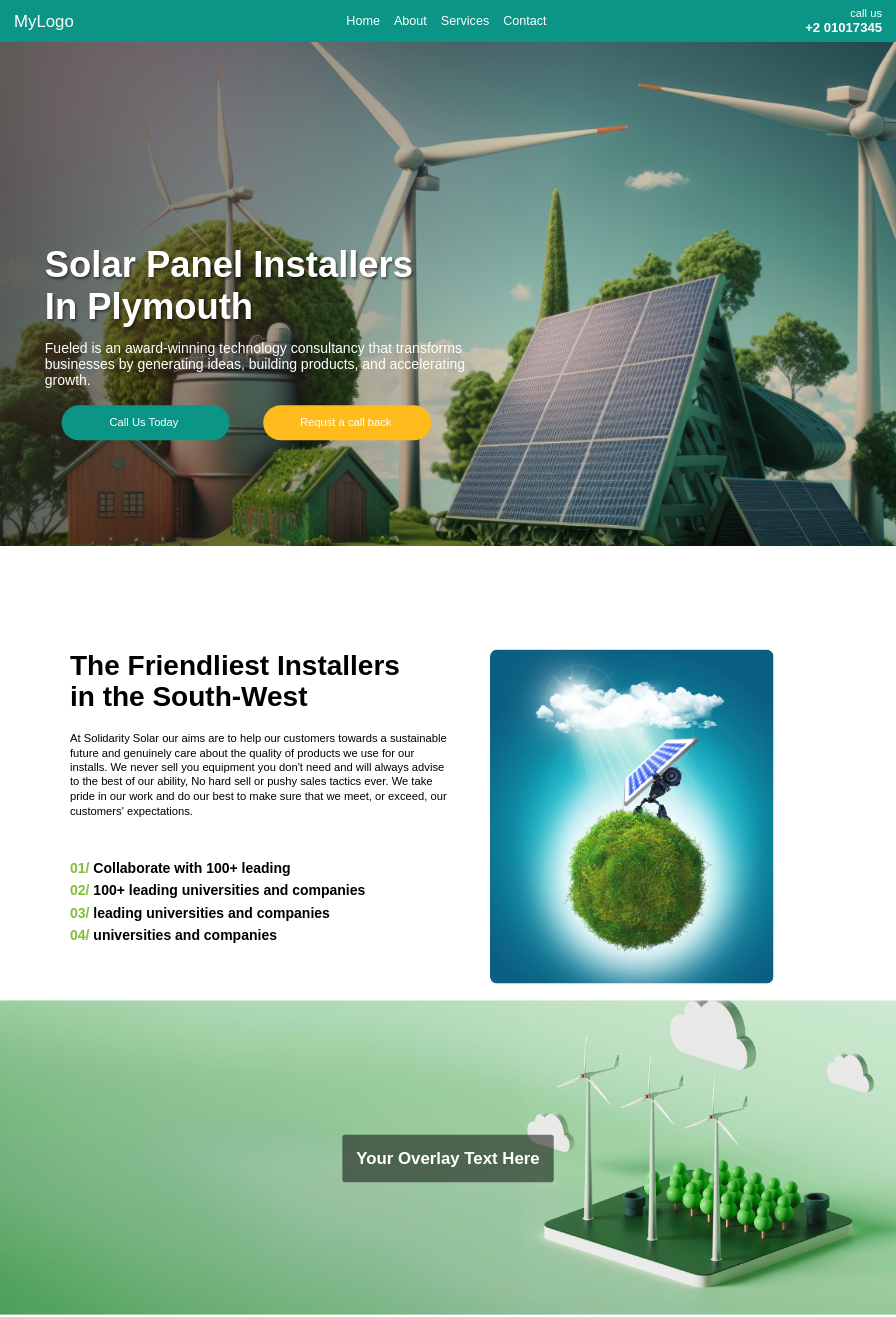
Repository: MaramNabil872/Landing-Page
Page: landingPage.html
An editor plug-in stored every save of this project. The page is shown before and after the next save, followed by the edit.
The browser window is 1280 px wide. The pictures show the whole page, at 70% of full size.

Above is the page before, as saved 2024-10-20 21:30:42.

### landingPage.html
<!DOCTYPE html>
<html lang="en">
    <head>
        <meta charset="UTF-8" />
        <meta name="viewport" content="width=device-width, initial-scale=1.0" />
        <title>Landing Page</title>
        <link rel="stylesheet" href="landingPage.css" />
    </head>
    <body>
        <nav class="navbar">
            <div class="logo">MyLogo</div>

            <ul class="nav-links">
                <li><a href="#home">Home</a></li>
                <li><a href="#about">About</a></li>
                <li><a href="#services">Services</a></li>
                <li><a href="#contact">Contact</a></li>
            </ul>
            <div class="call">
                <p>call us</p>
                <h3>+2 01017345</h3>
            </div>
        </nav>

        <div class="image-container">
            <img
                src="images/solar-panels-meadow 1.png"
                alt="Background Image"
                class="background-image"
            />
            <div class="main-text">
                <h2 class="text-wallpaper">
                    Solar Panel Installers <br />
                    In Plymouth
                </h2>
                <br />
                <p class="text-paragraph">
                    Fueled is an award-winning technology consultancy that
                    transforms <br />
                    businesses by generating ideas, building products, and
                    accelerating<br />
                    growth.
                </p>
                <div class="button-container">
                    <button class="button-wallpaper1">Call Us Today</button>
                    <button class="button-wallpaper2">
                        Requst a call back
                    </button>
                </div>
            </div>
        </div>

        <!-- first container -->

        <div class="container1">
            <div class="text-container1">
                <p class="title-container1">
                    The Friendliest Installers <br />in the South-West
                </p>
                <p class="paragraph-container1">
                    At Solidarity Solar our aims are to help our customers
                    towards a sustainable future and genuinely care about the
                    quality of products we use for our installs. We never sell
                    you equipment you don't need and will always advise to the
                    best of our ability, No hard sell or pushy sales tactics
                    ever. We take pride in our work and do our best to make sure
                    that we meet, or exceed, our customers' expectations.
                </p>
                <div class="last-container1">
                    <p>
                        <span class="number-container1">01/ </span>Collaborate
                        with 100+ leading
                    </p>
                    <p>
                        <span class="number-container1">02/ </span> 100+ leading
                        universities and companies
                    </p>
                    <p>
                        <span class="number-container1">03/ </span> leading
                        universities and companies
                    </p>
                    <p>
                        <span class="number-container1">04/ </span> universities
                        and companies
                    </p>
                </div>
            </div>
            <div class="image-container1">
                <img src="images/Rectangle 30.png" alt="solar" />
            </div>
        </div>

        <!-- second section -->

        <div class="full-width-image">
            <img src="images/middle.png" alt="Full Width Image">
            <div class="overlay-text">
                <h2>Your Overlay Text Here</h2>
            </div>
        </div>
    </body>
</html>

### landingPage.css
* {
    margin: 0;
    padding: 0;
    box-sizing: border-box; /* Added for consistent sizing */
}

body {
    font-family: Arial, sans-serif;
}

.navbar {
    background-color: #0b9586;
    display: flex;
    justify-content: space-between;
    align-items: center;
    padding: 10px 20px;
    position: relative;
    flex-wrap: wrap; /* Allow items to wrap on smaller screens */
}

.logo {
    color: #fff;
    font-size: 24px;
}

.nav-links {
    list-style: none;
    display: flex;
    flex-wrap: wrap; /* Allow links to wrap on smaller screens */
}

.nav-links li {
    margin-left: 20px;
}

.nav-links a {
    text-decoration: none;
    color: white;
    font-size: 18px;
    transition: color 0.3s;
}

.nav-links a:hover {
    color: #f0a500;
}

.call {
    color: #fff;
    text-align: right; /* Align text to the right */
}

.image-container {
    position: relative;
    width: 100%;
    height: 100vh; /* Full screen height */
    overflow: hidden; /* Hide overflow */
}

.background-image {
    width: 100%;
    height: 100%;
    object-fit: cover; /* Ensure the image covers the entire container */
}
.main-text{
    position: absolute;
    top: 40%;
    left:5%;
}
.text-wallpaper {


    color: white;
    font-size: 52px;
    font-weight: bold;
    text-shadow: 2px 2px 4px rgba(0, 0, 0, 0.5);
}
.text-paragraph{
    color: white;
    font-size:  20px;

}
.button-container{
    display: flex;
}
.button-wallpaper1 {
    background-color: #0b9586;
    color: white;
    border: none;
    border-radius: 20em;
    padding: 0.8em 1.5em 0.8em 1.2em;
    width: 40%;
    margin: 4%;
    height: 50px;
    font-size: 16px;
    cursor: pointer;
    align-items: center;

}
.button-wallpaper2 {
    background-color:  #FFBB1C;
    ;
    color: white;
    border: none;
    border-radius: 20em;
    padding: 0.8em 1.5em 0.8em 1.2em;
    width: 40%;
    margin: 4%;
    height: 50px;
    font-size: 16px;
    cursor: pointer;
    align-items: center;

}

.container1 {
    display: flex;
    background-color: white;
    padding-top: 10%;
    border-radius: 8px;
    max-width: 1200px;
    margin: 20px auto;


}
.title-container1{
    font-size: 40px;
    font-weight: bold;


}
.text-container1 {
   flex:1;
    padding-right:5%;
padding-left: 5%;}
.paragraph-container1{
    margin-top: 5%;
    line-height: 1.3;
}

.last-container1{
    font-size: 20px;
    font-weight: bold;
    padding-top: 10%;
    line-height: 1.6;
    .number-container1{
        color:#84BD3A;
        ;
    }
}
.image-container1 {
   flex:1
}

.image-container1 img {
    width: 75%;
    height: auto;
    border-radius: 8px;
}


.full-width-image {
    position: relative;
    width: 100%;
    overflow: hidden; /* Ensure no overflow from the image */
}

.full-width-image img {
    width: 100%; /* Make image take full width */
    height: auto; /* Maintain aspect ratio */
}

.overlay-text {
    position: absolute;
    top: 50%; /* Center the text vertically */
    left: 50%; /* Center the text horizontally */
    transform: translate(-50%, -50%); /* Offset for centering */
    color: white; /* Text color */
    text-align: center; /* Center text alignment */
    padding: 20px; /* Optional: padding around the text */
    background-color: rgba(0, 0, 0, 0.5); /* Semi-transparent background for readability */
    border-radius: 4px; /* Optional: rounded corners */
}
/* Media Queries for Responsiveness */
@media (max-width: 768px) {
    .navbar {
        flex-direction: column; /* Stack items vertically */
        align-items: flex-start; /* Align items to the left */
    }

    .nav-links {
        margin-top: 10px; /* Space between navbar and links */
    }

    .nav-links li {
        margin-left: 0;
        margin-bottom: 10px; /* Space between links */
    }

    .text-overlay {
        font-size: 1.5rem; /* Smaller text size for mobile */
    }
}

@media (max-width: 480px) {
    .text-overlay {
        font-size: 1.2rem; /* Even smaller text size for very small screens */
    }

    .call h3 {
        font-size: 1.2rem; /* Adjust call size for small screens */
    }
}

After the next save:
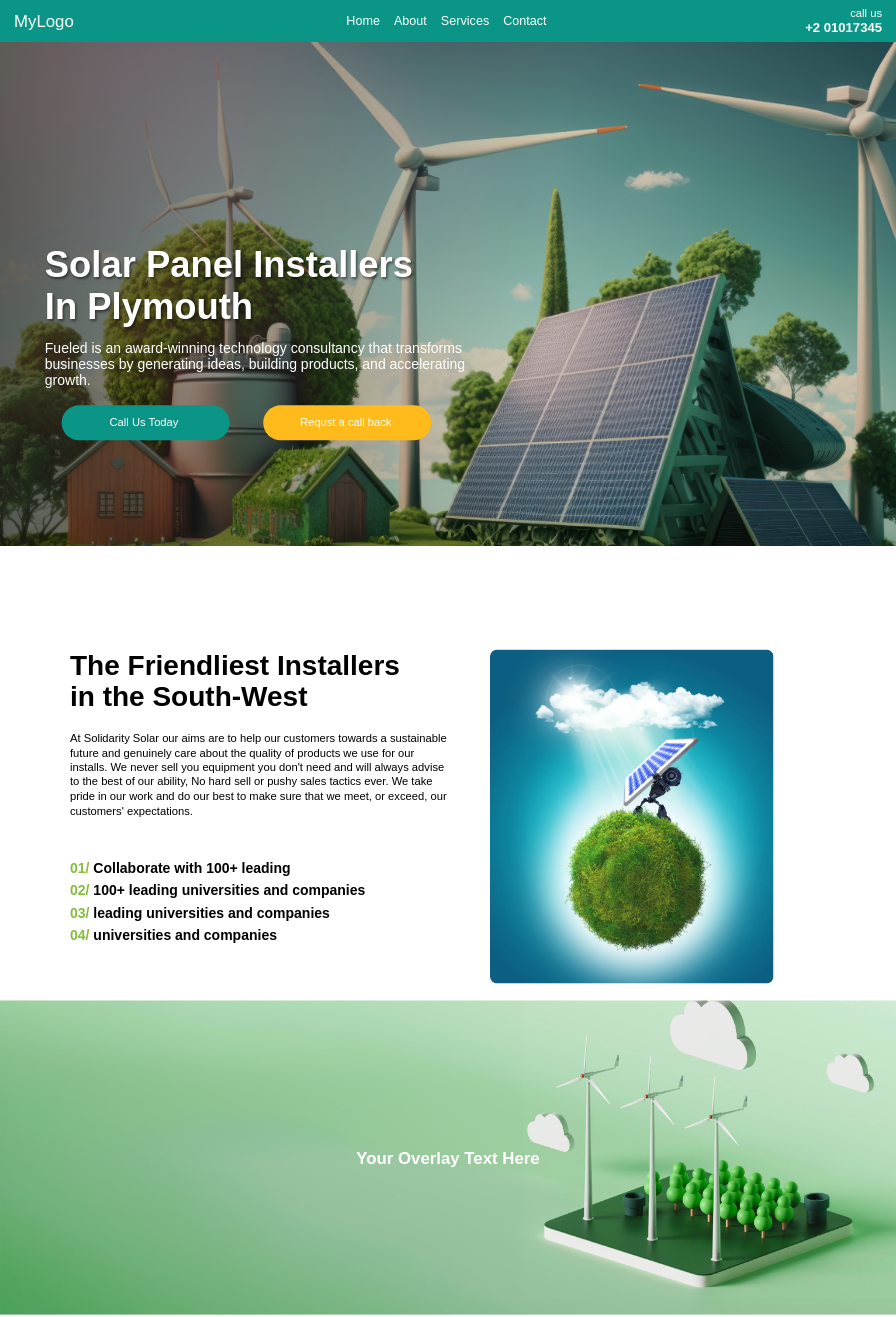
Saved 14 s later.
--- a/landingPage.css
+++ b/landingPage.css
@@ -177,7 +177,6 @@ padding-left: 5%;}
     color: white; /* Text color */
     text-align: center; /* Center text alignment */
     padding: 20px; /* Optional: padding around the text */
-    background-color: rgba(0, 0, 0, 0.5); /* Semi-transparent background for readability */
     border-radius: 4px; /* Optional: rounded corners */
 }
 /* Media Queries for Responsiveness */
